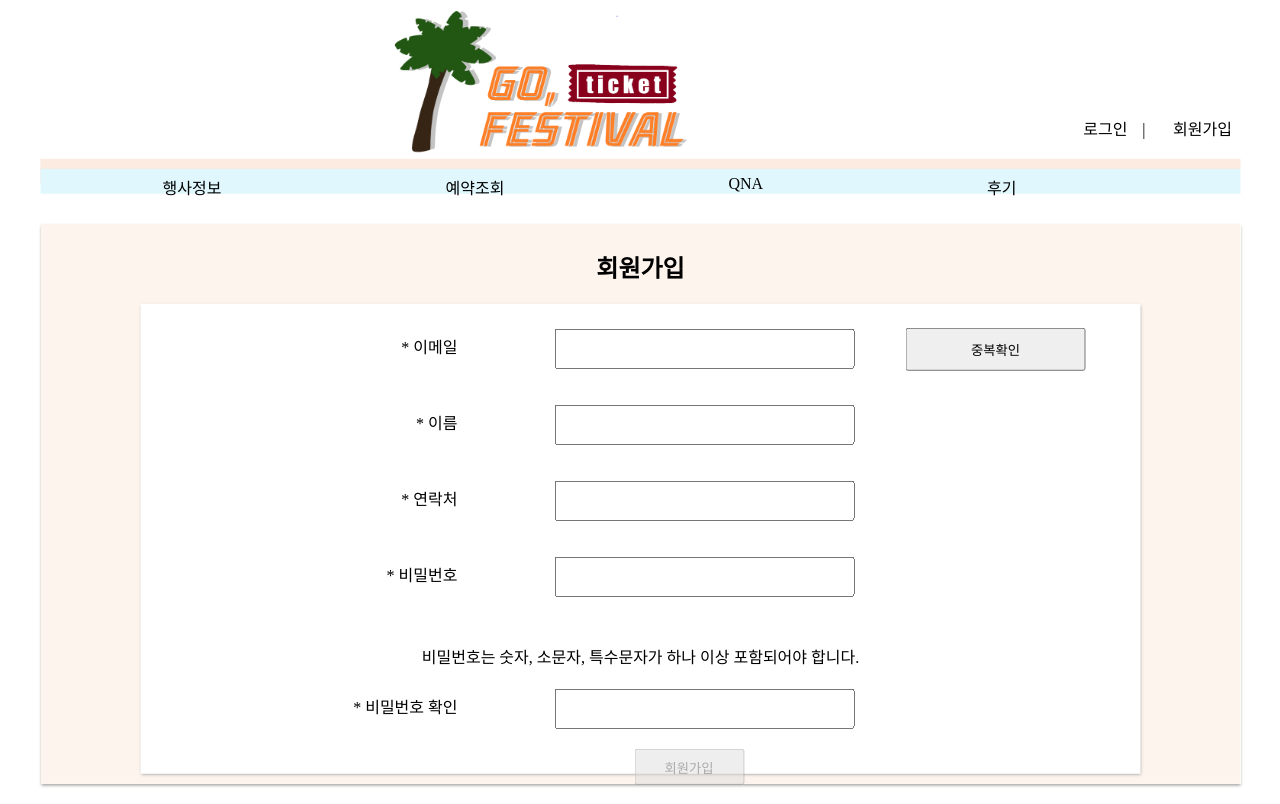
Repository: Changgyu1/Chang_Gu
Page: http://localhost/Project/register.jsp
These files come from the project's save history. The page is drawn as it stood at one moment and after the next save; the edit follows.
The browser window is 1280 px wide. The pictures show the whole page.
Some web fonts or font styles are not loaded; a fallback is used. The page is served by Tomcat 9. Other server files are loaded and not shown.

Above is the page before, as saved 2023-11-16 06:02:10.

### Project/src/main/webapp/register.jsp
<%@ page language="java" contentType="text/html; charset=UTF-8"
    pageEncoding="UTF-8"%>
<!DOCTYPE html>
<html lang="UTF-8">
<head>
    <meta charset="UTF-8">
    <meta name="viewport" content="width=device-width, initial-scale=1.0">
    <title>예약</title>
    <link rel="stylesheet" type="text/css" href="./css/event.css">
    <style>
        .container {
            width: 50%;
            margin: 0 auto;
            display: flex;
            flex-direction: column;
            align-items: center;
        }

        .label-input-container {
                width: 900px;
            box-sizing: border-box;
            display: flex;
            flex-direction: row;
            align-items: center;
            margin-bottom: 10px;
        }

        .label-input-container label {
            padding: 10px 0;
            width: 20%;
            box-sizing: border-box;
            text-align: right;
        }

        .label-input-container input {
padding: 10px;
    width: 300px;
    box-sizing: border-box;
    margin: -16px -46px 0px 97px;
        }

        .label-input-container .checkButton {
            padding: 10px;
            width: 20%;
            box-sizing: border-box;
        }

        #register-add {
            width: 60%;
        }

        .register-form {
            display: flex;
            flex-direction: column;
            align-items: center;
        }

        .checkButton {
            margin-left: 10px;
        }
        label{
        text-align:left;
            margin: 0px 0px 22px 87px;
        }
        input{
        width: 300px;
        }
        #register-add{
   margin: -11px 0px 0px 97px;
    width: 110px;
    height: 36px;
        }
    </style>
</head>
<body>
    <div id="wrapper">
        <!-- 로고이미지 -->
        <img src="./image/로고1.png" id="logo" onclick="location.href='home.jsp'">
        <!-- 로그인 버튼 -->
        <div style="text-align: right; width: 1215px;">
            <%
            if (session.getAttribute("email") != null) {
            %>
            <button type="button" onclick="location.href='logout.jsp'" style="width: 75px;">로그아웃</button>
            <h>|</h>
            <button type="button" onclick="location.href='mypageServlet?email=<%=session.getAttribute("email")%>'" style="width: 100px;">마이페이지</button>
            <%
            } else {
            %>
            <button type="button" onclick="location.href='login.jsp'" style="width: 60px;">로그인</button>
            <h>|</h>
            <button type="button" onclick="location.href='register.jsp'" style="width: 100px;">회원가입</button>
            <%
            }
            %>
        </div>

        <!-- 메뉴바 -->
        <div id="buttons">
            <ul>
                <li onclick="location.href='review_list.jsp'">후기</li>
                <li onclick="location.href='Qna_List.jsp'">QNA</li>
                <li onclick="location.href='reservation_search.jsp'">예약조회</li>
                <li onclick="location.href='Event_List.jsp'">행사정보</li>
            </ul>
        </div>
        <!-- 가운데 가장 큰 박스 -->
        <div id="background">
            <h2 style="padding-top: 15px">회원가입</h2>
            <!-- 안에 글넣는 하얀 박스 -->
            <div id="reviewbox">
                <!-- 회원가입 -->

                    <div class="container">

                            <form action="registerEmailCheck" method="post">
                                 <div class="label-input-container">
								        <label for="email">* 이메일</label>
<%
										String useremail=request.getParameter("email");
										if(useremail!=null){
									%>
										<input class="register-input" type="email" id="email" name="email" value="<%=request.getParameter("email")%>"
										class="input-reg" required readonly></th>
										<input type="submit" value="중복확인" id="emailCheck" name="emailCheck" class="checkButton" onclikc="emailCheckInput()" disabled></th>
									<%}else{%>
										<input class="register-input" type="email" id="email" name="email"
											class="input-reg" required ></th>
										<input type="submit" value="중복확인" id="emailCheck" name="emailCheck" class="checkButton" ></th>

										<%} %>
								    </div>




								     </form>
								     <form action="register" method="post" onsubmit="return Check()" class="register-form">
                                <!-- 나머지 입력창에 대한 label-input-container 추가 -->
                                <div class="label-input-container">
                                    <label for="name">* 이름</label>
                                    <input type="text" id="name" name="name" required>
                                </div>
                                <div class="label-input-container">
                                    <label for="phonenumber">* 연락처</label>
                                    <input type="text" id="phonenumber" name="phonenumber" required>
                                </div>
                                <div class="label-input-container">
                                    <label for="password">* 비밀번호</label>
                                    <input type="password" id="password" name="password" required><br>
                                </div>
                                <p>비밀번호는 숫자, 소문자, 특수문자가 하나 이상 포함되어야 합니다.</p>
                                <div class="label-input-container">
                                    <label for="passwordcheck">* 비밀번호 확인</label>
                                    <input type="password" id="passwordcheck" name="passwordcheck" required>
                                </div>
                                <input type="submit" onclick="Check()" value="회원가입" id="register-add" disabled><br>

                        </form>
                    </div>

            </div>
        </div>
    </div>
    <script language="javascript">
        function Check() {
            var password = document.getElementById("password");
            var passwordCheck = document.getElementById("passwordcheck");
            var name = document.getElementById("name");
            var email = document.getElementById("email");

            var passwordCh = RegExp(/^(?=.*?[a-z])(?=.*?[0-9])(?=.*?[~?!@#$%^&*_-]).{8,}$/)
            var nameCh = RegExp(/^[가-힣]+$/);
            var nameKo = /[\s]/g;
            // !password.test(passwordCheck.value) =  test는 passwordCheck.value의 값을 검색해줌
            if (!passwordCh.test(password.value)) {
                alert("비밀번호를 형식에 맞게 적어주세요");
                passwordCheck.value = "";
                passwordCheck.focus();
                return false;
            }

            else if (password.value != passwordCheck.value) {
                alert("비밀번호가 일치하지 않습니다.");
                password.value = "";
                passwordCheck.value = "";
                password.focus();
                return false;
            }

            else if (!nameCh.test(name.value)) {
                alert("이름은 한글로만 입력이 가능합니다.");
                name.value = "";
                name.focus();
                return false;
            }

            if(count !== 1){
            	alert("중복확인을 해주세요!")
            }
        };


        function disableEmailInput() {
            var emailInput = document.getElementById("email");
            var emailCheckButton = document.getElementById("emailCheck");

            emailInput.disabled = true;
            emailCheckButton.disabled = true;
        }

        function emailCheckInput(){
        	var count = 1;
        }


    </script>
    </script>
</body>
</html>

### Project/src/main/webapp/css/event.css
@font-face {
    font-family: 'NanumSquareNeo-Variable';
    src: url('https://cdn.jsdelivr.net/gh/projectnoonnu/noonfonts_11-01@1.0/NanumSquareNeo-Variable.woff2') format('woff2');
    font-weight: normal;
    font-style: normal;
}

    *{
    font-family: 'NanumSquareNeo-Variable';
    }

     body{
 	   	 position: absolute;
            padding: 20px;
            top: 50%;
            left: 50%;
            transform: translate(-50%, -50%);
    }



    #logo{
        width:300px;
        margin-left:350px;
        margin-bottom:-56px;
        margin-top:50px;
    }


       #searchbox{
     margin-right:100px;
        }


    #buttons{
        background:rgba(150, 230, 248, 0.295);
        height: 25px;
        width: 1200px;
        box-shadow: 0px -10px 0px rgba(249, 220, 201, 0.575);
        margin-top: 25px;

    }

    button{
        border:none;
        background:none;
        margin: 3px;
        font-size: 16px;
        width: 250px;

    }

    #background{
        background-color:rgba(249, 220, 201, 0.326);
        width: 1200px;
        height: 550px;
        margin-top: 30px;

        box-shadow: 0px 2px 3px rgb(161, 160, 159);
        padding-top:10px;

    }



    #reviewbox{

    	padding-top:20px;
    	max-width: 1000px;
        height: 450px;
        margin-left:auto;
        margin-right:auto;
        background-color: #ffffff;
        text-align:center;
        box-shadow: 0px 1px 3px rgb(161, 160, 159);
        margin-top : 20px;


    }


    #review{
    margin:10px;
    width:700px;
    height:250px;

    }

    #review_title{
    margin:10px;
     width:700px;
    height:30px;

    }



    h2{
    font-family: 'NanumSquareNeo-Variable';
 	margin-top:0px;
    text-align: center;
    }


    #list{

            background-color: rgba(149, 150, 149, 0.055);
            border: 1px solid gray;
            border-collapse: collapse;
            padding: 10px;
            width:900px;
            text-align: center;
            margin-left:auto;
   			margin-right:auto;

        }





        #textbox{
        margin-right:100px;
        }

ul{
		list-style:none;
	}
	li{
		float:right;
		margin: 6px 224px 0px 0;
	}

After the next save:
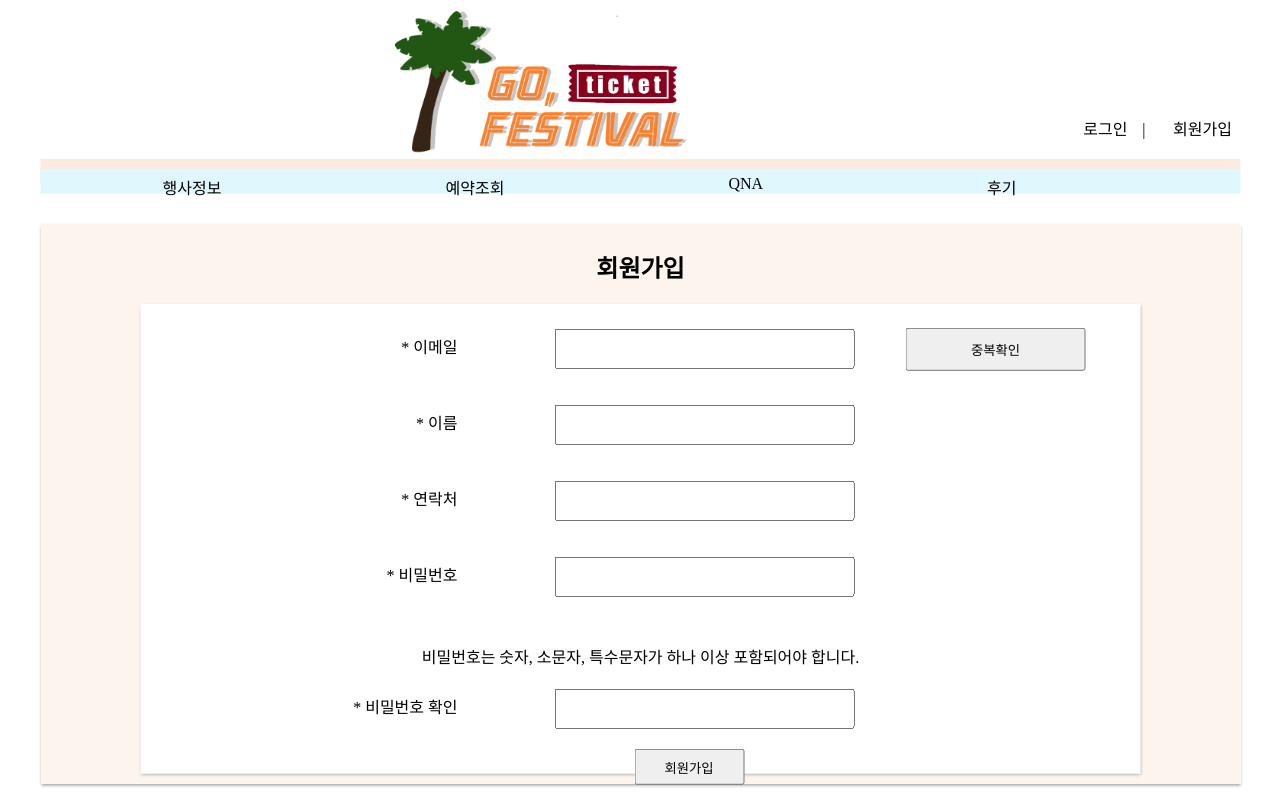
Saved 17 s later.
--- a/Project/src/main/webapp/register.jsp
+++ b/Project/src/main/webapp/register.jsp
@@ -154,7 +154,7 @@ padding: 10px;
                                     <label for="passwordcheck">* 비밀번호 확인</label>
                                     <input type="password" id="passwordcheck" name="passwordcheck" required>
                                 </div>
-                                <input type="submit" onclick="Check()" value="회원가입" id="register-add" disabled><br>
+                                <input type="submit" onclick="Check()" value="회원가입" id="register-add" ><br>
 
                         </form>
                     </div>
